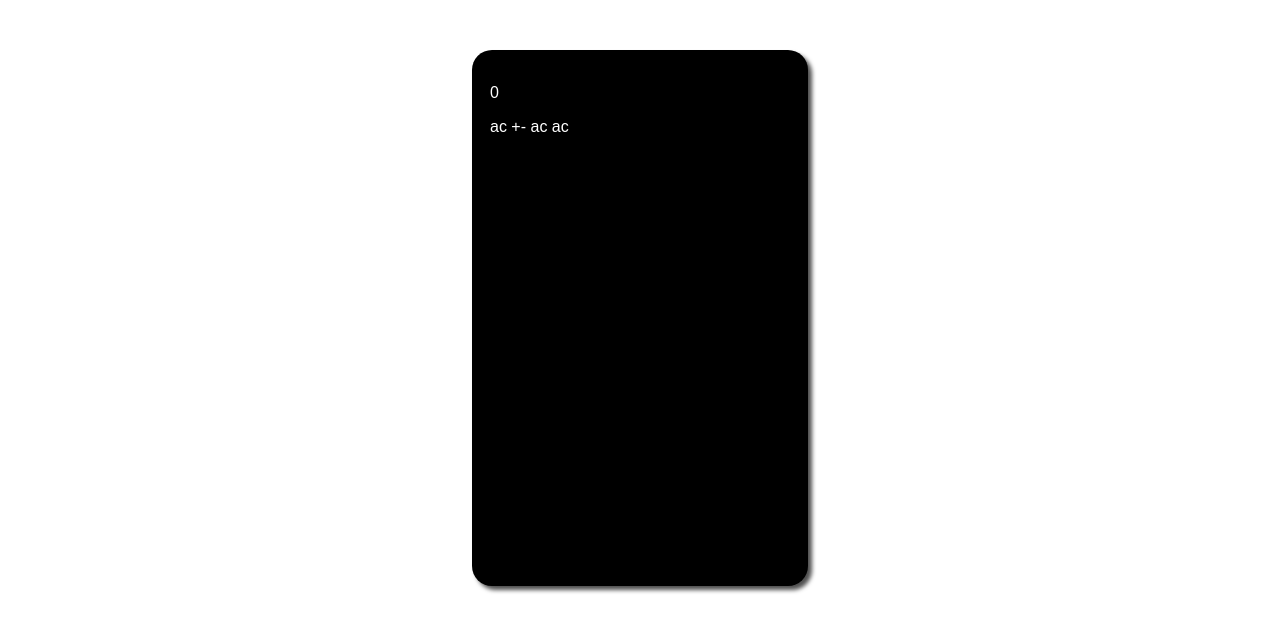
Repository: batonAnton/iphoneCalculator
Page: index.html
The author's editor kept a copy of each file at every save. The page is drawn from the files as they stood at one save, then again after the next save.
The browser window is 1280 px wide. The pictures show the whole page.

Above is the page before, as saved 2022-03-09 16:23:39.

### index.html
<!DOCTYPE html>
<html lang="en">
<head>
    <meta charset="UTF-8">
    <meta http-equiv="X-UA-Compatible" content="IE=edge">
    <meta name="viewport" content="width=device-width, initial-scale=1.0">
    <title>Calculator</title>
    <link rel="stylesheet" href="style.css">
</head>
<body>
    <div class="calc">
        <div class="calc-screen">
            <p>0</p>
        </div>
        <div class="butons">
             <d class="btn">ac</d>
             <d class="btn">+-</d>
             <d class="btn">ac</d>
             <d class="btn">ac</d>
        </div>
    </div>
</body>
</html>

### style.css
/*
colors
bg #000
orange #ff9501
grey #a6a6a6
white #fdfdfd
*/

.calc {
  margin: 50px auto;
  width: 300px;
  height: 500px;
  /* border: 1px solid#000;  */
  border-radius: 20px;
  background: #000;
  color: #fff;
  font-family: Arial, Helvetica, sans-serif;
  padding: 18px;
  box-shadow: 4px 4px 4px #4f4f4f;
}

After the next save:
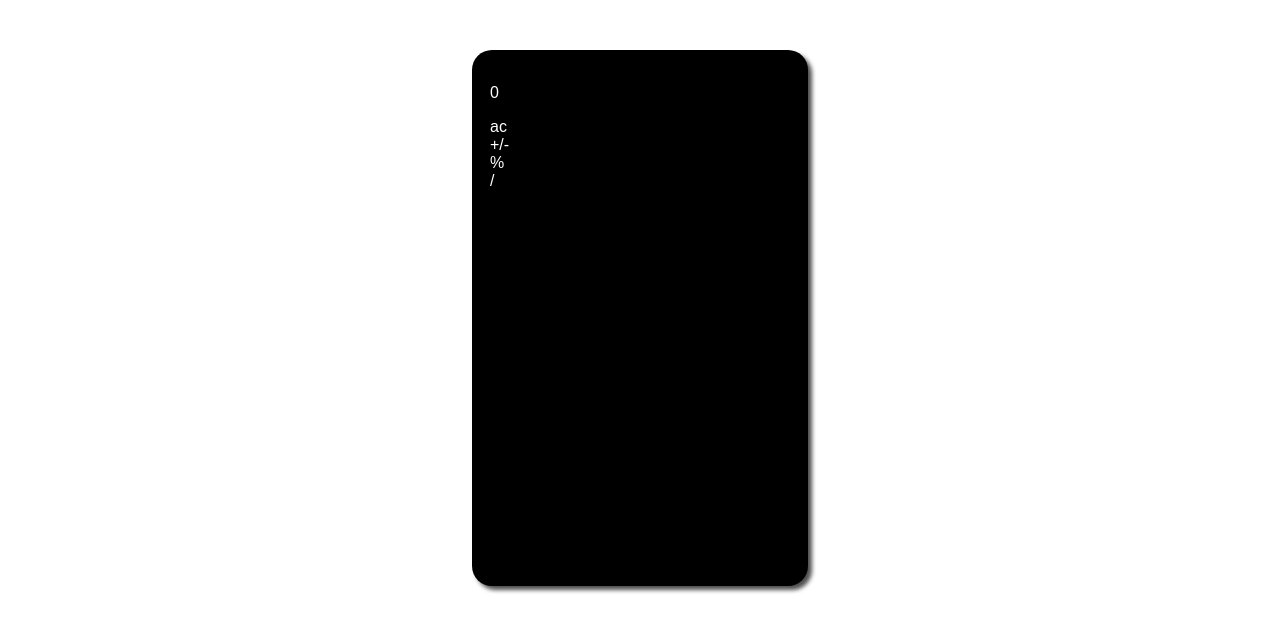
Saved 5 min 4 s later.
--- a/index.html
+++ b/index.html
@@ -13,10 +13,10 @@
             <p>0</p>
         </div>
         <div class="butons">
-             <d class="btn">ac</d>
-             <d class="btn">+-</d>
-             <d class="btn">ac</d>
-             <d class="btn">ac</d>
+             <div class="btn">ac</div>
+             <div class="btn">+/-</div>
+             <div class="btn">%</div>
+             <div class="btn">/</div>
         </div>
     </div>
 </body>
